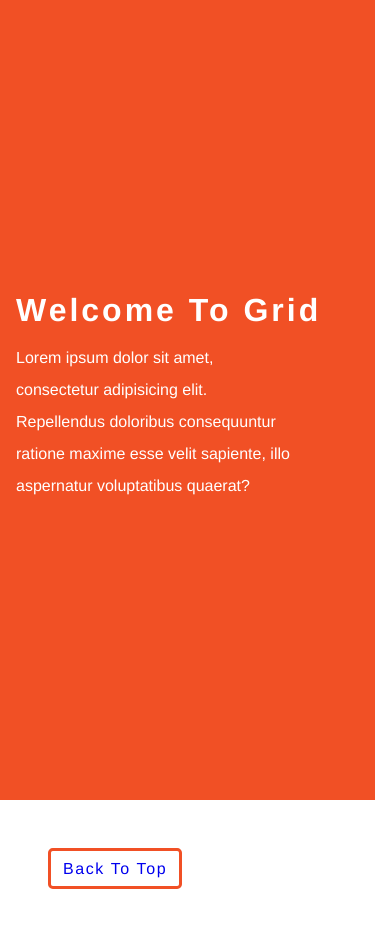
Repository: Ndifoinhilary/css_grid
Page: css-grid-learn/hero.html
These files come from the project's save history. The page is drawn as it stood at one moment and after the next save; the edit follows.
The browser window is 375 px wide. The pictures show the whole page.

Above is the page before, as saved 2024-01-28 17:12:25.

After the next save:
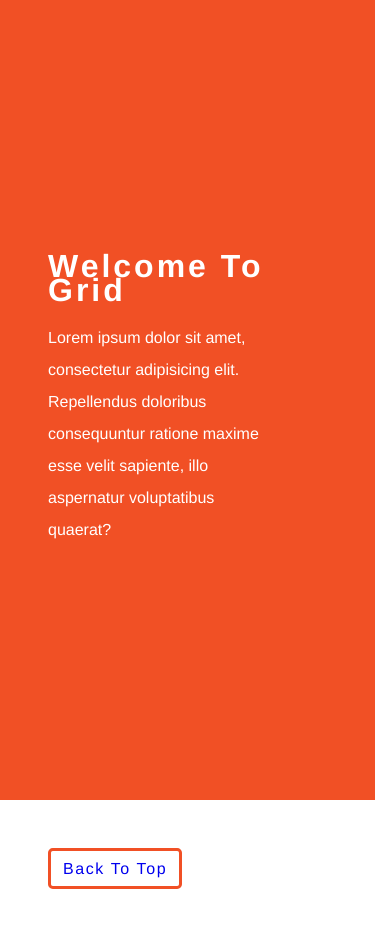
Saved 15 s later.
--- a/css-grid-learn/main.css
+++ b/css-grid-learn/main.css
@@ -162,5 +162,7 @@ hero css here
 
 
  @media screen and (max-width:600px) {
-
+    .hero-banner{
+        padding: 0 3rem;
+    }
  }
